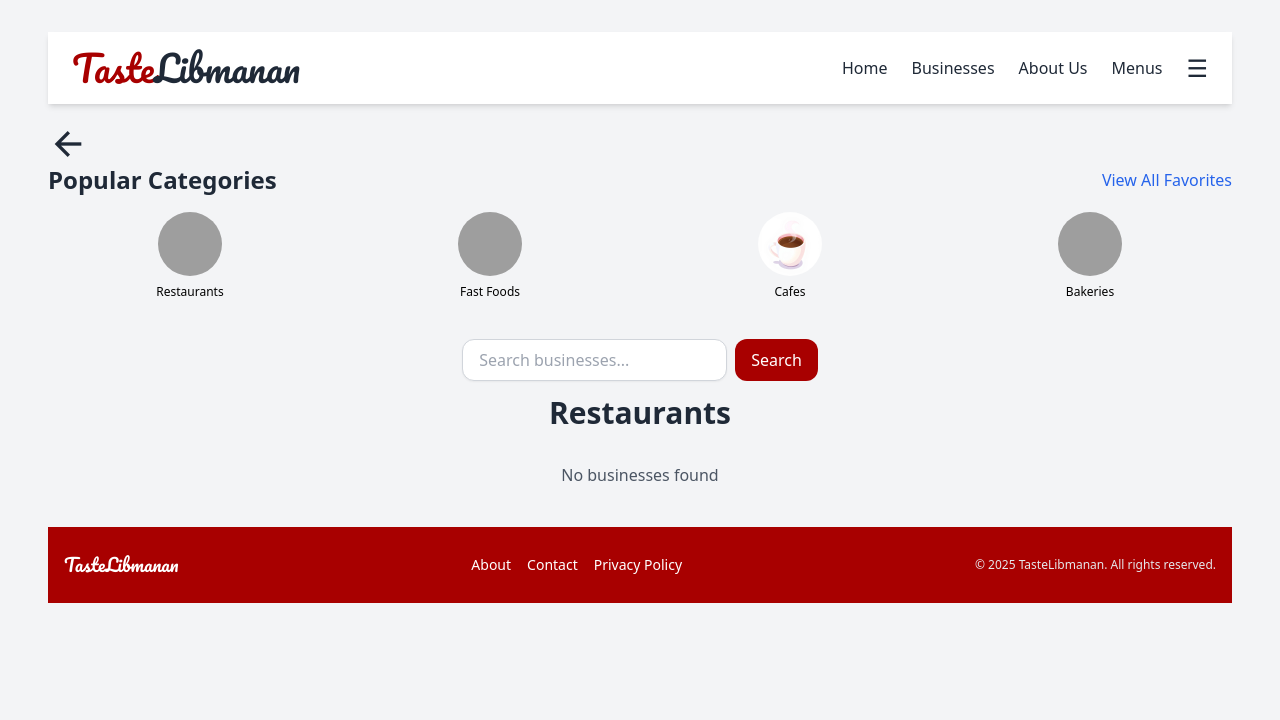
Repository: JomsCode21/Food-Mapping-and-Analytics
Page: http://localhost/tastelibmanan/fbusinessowner/categories.php?cat=restaurants
These files come from the project's save history. The page is drawn as it stood at one moment and after the next save; the edit follows.
The browser window is 1280 px wide. The pictures show the whole page.
Pictures or frames that could not be fetched are drawn as grey boxes. Some web libraries are served in a nearby version. The page is run by PHP 8.4 with error messages shown; the project is at /var/www/html/. The database holds what the project's SQL file puts in it.

Above is the page before, as saved 2025-08-02 12:33:24.
Console error: ReferenceError: categories is not defined

After the next save:
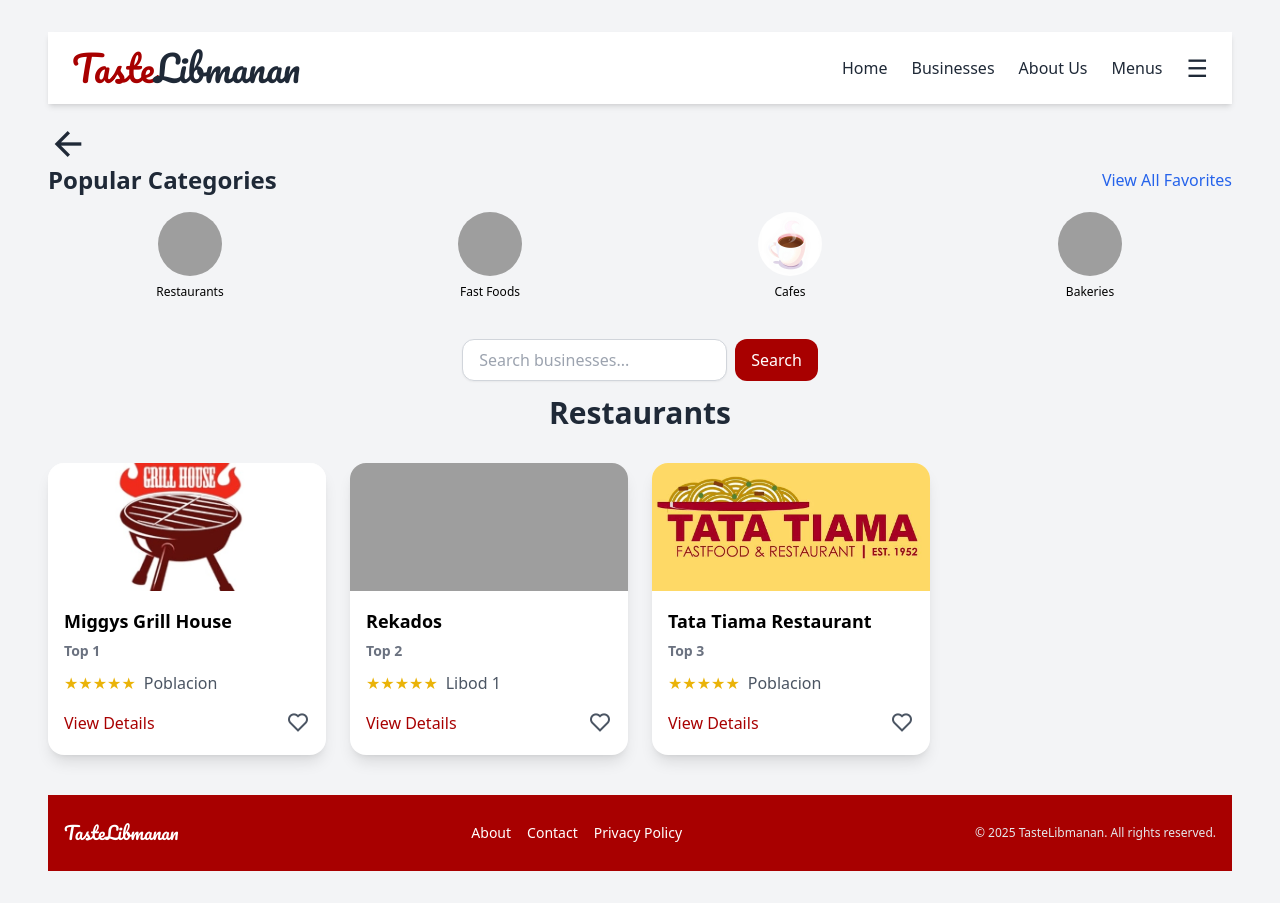
Saved 2 min 33 s later.
--- a/fbusinessowner/categories.php
+++ b/fbusinessowner/categories.php
@@ -16,11 +16,6 @@
     SELECT fb_name, fb_address, fb_photo, user_id
     FROM fb_owner
     WHERE fb_type = ?
-      AND fbowner_id = (
-        SELECT MAX(fbowner_id)
-        FROM fb_owner
-        WHERE user_id = fb_owner.user_id
-      )
     ORDER BY fb_name
 ");
 $stmt->bind_param("s", $type);

After the save that followed:
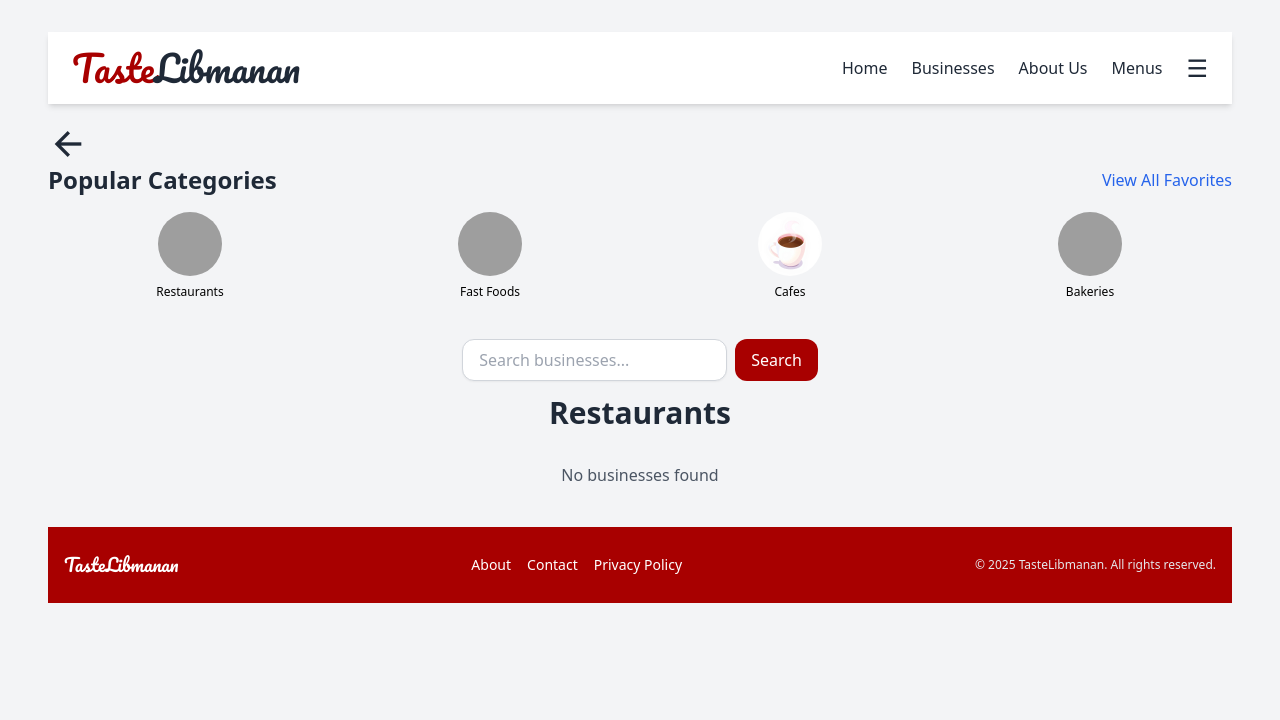
Saved 96 s later.
--- a/fbusinessowner/categories.php
+++ b/fbusinessowner/categories.php
@@ -16,6 +16,11 @@
     SELECT fb_name, fb_address, fb_photo, user_id
     FROM fb_owner
     WHERE fb_type = ?
+      AND fbowner_id = (
+        SELECT MAX(fbowner_id)
+        FROM fb_owner
+        WHERE user_id = fb_owner.user_id
+      )
     ORDER BY fb_name
 ");
 $stmt->bind_param("s", $type);
